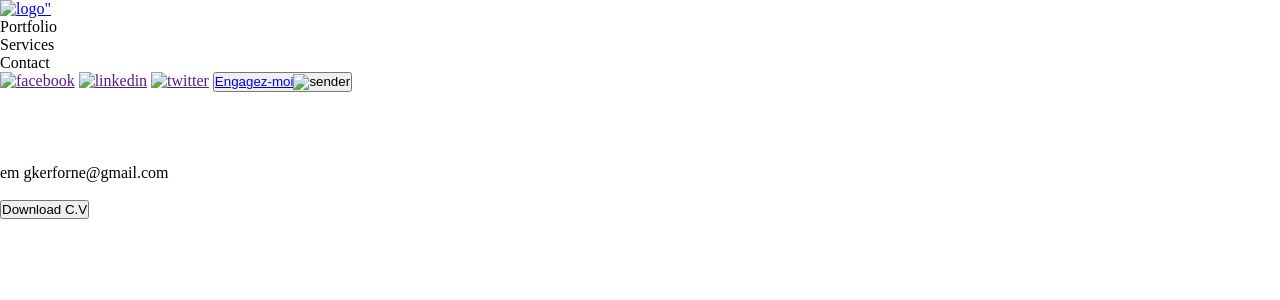
Repository: helfina/my_SiteWeb_gaelle-kfe
Page: index.html
An editor plug-in stored every save of this project. The page is shown before and after a run of saves, followed by the edit.
The browser window is 1280 px wide. The pictures show the whole page.

Above is the page before, as saved 2020-11-08 11:27:59.

After the next 5 saves:
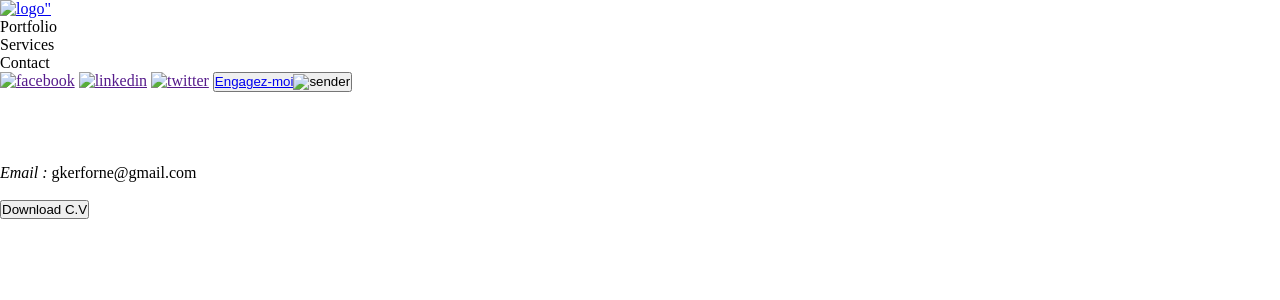
The 5 saves are shown as one change because they came seconds apart.
The last was saved 17 s later.
--- a/index.html
+++ b/index.html
@@ -38,7 +38,7 @@
                 <li></li>
                 <li></li>
                 <li></li>
-                <li><a href="mailto:gkerforne@gmail.com"></a>em gkerforne@gmail.com</li>
+                <li><a href="mailto:gkerforne@gmail.com"></a><em>Email : </em> gkerforne@gmail.com</li>
                 <li><a href="tel:"></a></li>
             </ul>
             <button><a href="" download=""></a>Download C.V</button>
